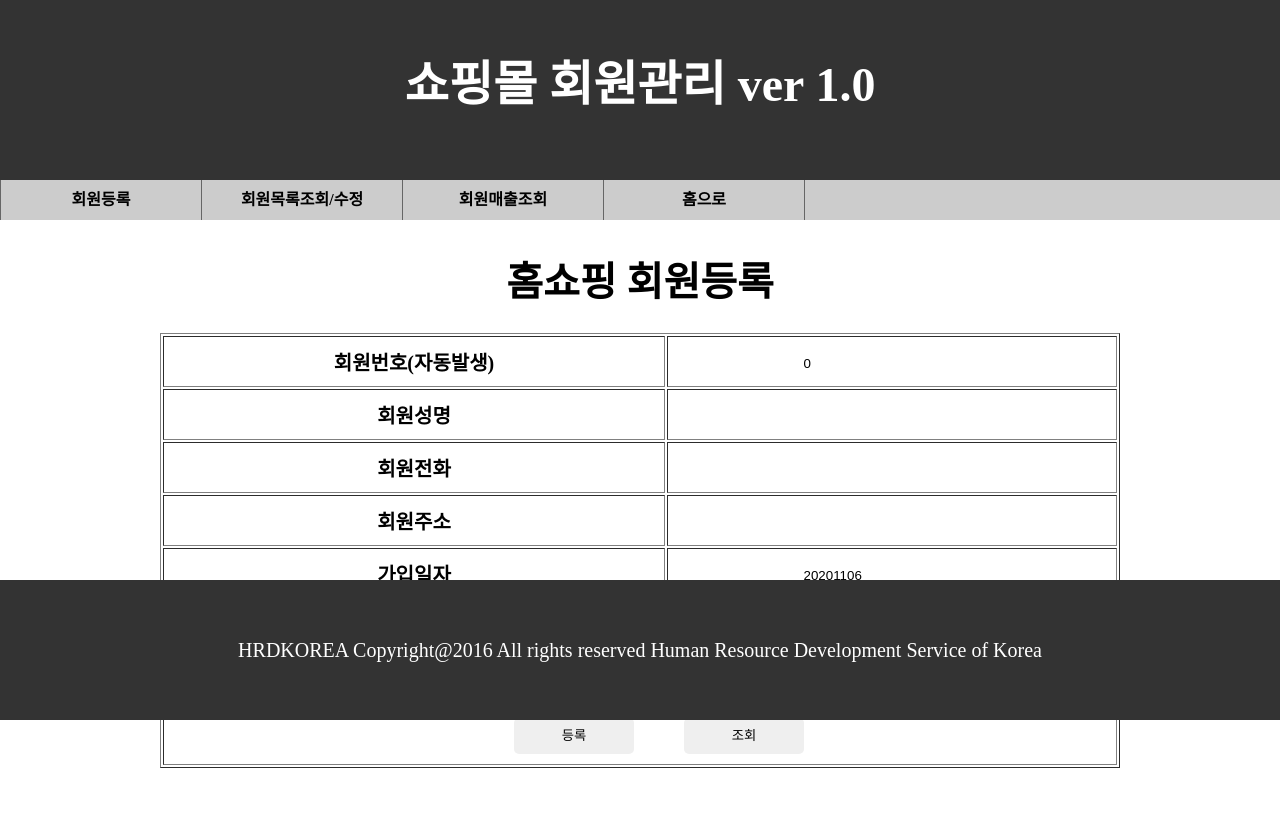
Repository: jsky1234/NCS
Page: http://localhost/HRD_1/memberIns.jsp
An editor plug-in stored every save of this project. The page is shown before and after the next save, followed by the edit.
The browser window is 1280 px wide. The pictures show the whole page.
The page is served by Tomcat 9. Queries for data that is not in the repository find no rows.

Above is the page before, as saved 2020-11-10 05:13:06.
Console error: ReferenceError: form is not defined

After the next save:
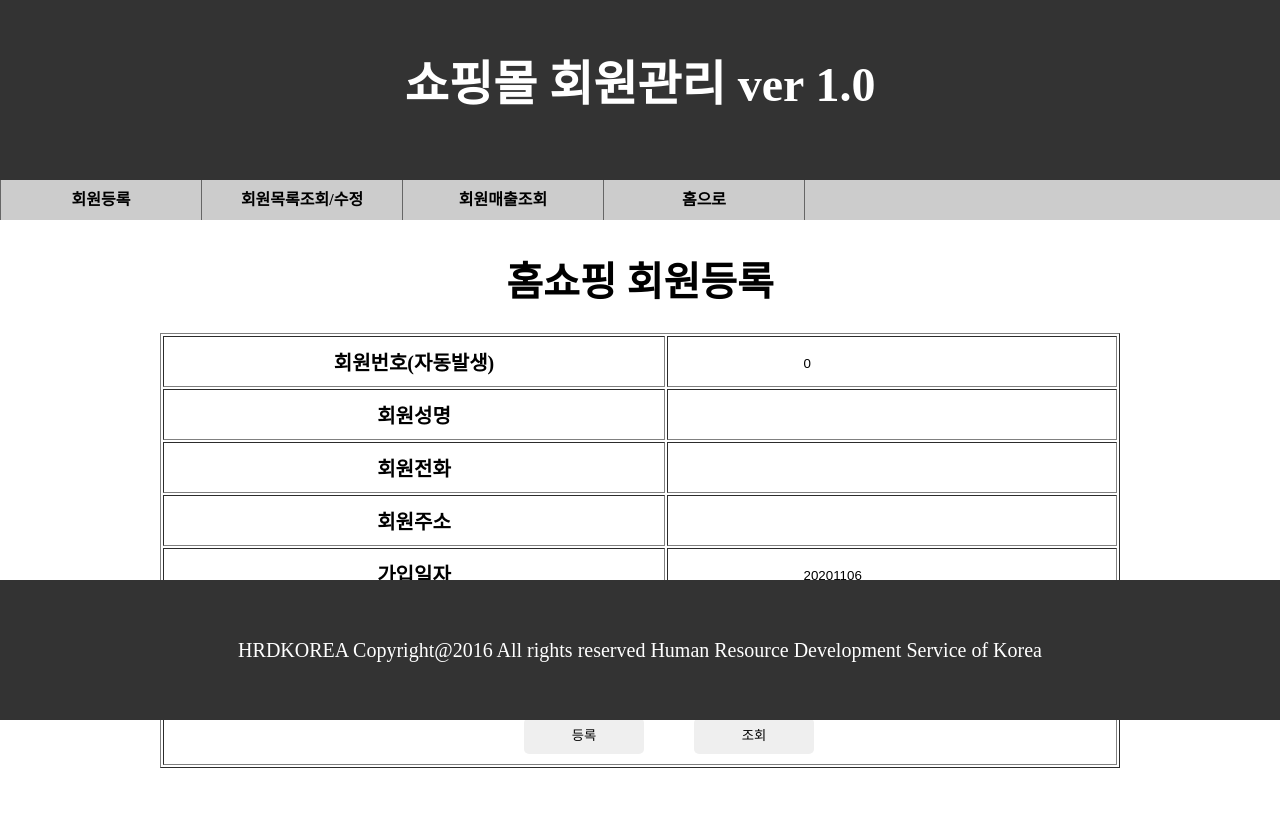
Saved 6 s later.
--- a/ncs1/HRD_1/WebContent/memberIns.jsp
+++ b/ncs1/HRD_1/WebContent/memberIns.jsp
@@ -15,7 +15,7 @@
 .tb td, .tb th { display: table-cell; padding: 10px; }
 .tb th { width: 480px; }
 button { display: block; float: left; width: 120px; line-height: 36px; text-align: center; margin-right: 25px; margin-left: 25px; border-radius: 5px ;}
-button:first-child { margin-left: 340px;}
+button:first-child { margin-left: 350px;}
 </style>
 <%@ include file="admin_nav.jsp" %>
 <%
